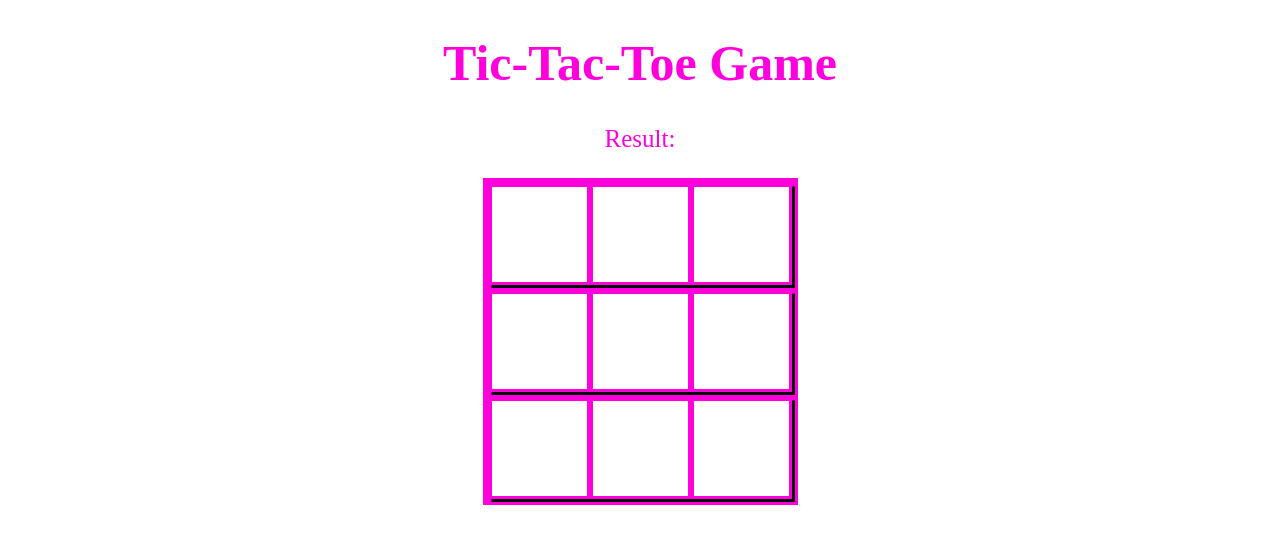
Repository: 0101chaitanya/Tic-Tac-Toe
Page: index.html
The author's editor kept a copy of each file at every save. The page is drawn from the files as they stood at one save, then again after the next save.
The browser window is 1280 px wide. The pictures show the whole page.

Above is the page before, as saved 2021-06-09 18:04:56.

### index.html
<!DOCTYPE html>
<html>
    <head>
<meta charset="utf-8">
<title>Tic-Tac-Toe Game</title>
<link rel="stylesheet" href="styles.css">
    </head>
<body>
    <h1 id="heading">Tic-Tac-Toe Game</h1>

    <div id = "Output">
        <p  >Result:</p>
    </div>
    <div id = "gameSquare">

    <div id = "row1">
    <div class = "r1Column"></div>
    <div class = "rlColumn"></div>
    <div class = "rlColumn"></div>
</div>
<div id = "row2">
    <div class = "r2Column"></div>
    <div class = "r2Column"></div>
    <div class = "r2Column"></div>
</div>
<div id = "row3">
    <div class = "r3Column"></div>
    <div class = "r3Column"></div>
    <div class = "r3Column"></div>
</div>
</div>
</body>
<script type="text/javascript" src="script.js"></script>
</html>

### styles.css
:root{
    text-align: center;
}
@media  screen and (max-width: 400px){
    :root{
        color:blue;
        font-size: 14px;
}

}
@media  screen and (min-width: 401px) and (max-width: 700px){
    :root{
        color:rgb(30, 255, 0);
        font-size: 18px;
}


}@media  screen and (min-width: 701px) {
    :root{
        color:rgb(255, 0, 221);
        font-size:25px;
}

}

#gameSquare{
    border-style: solid;
    width:min-content;
    height:min-content;
    display:block;
    margin:auto;
}
#gameSquare>div:nth-child(n){
    border-style: solid;
    width:min-content;
    height:min-content;
    display:flex;
    justify-content:center;
    align-items:center;
}
#gameSquare>div:nth-child(n)>div:nth-child(n){
    display:block;
    margin: auto;
    border-style: solid;
    width:3.8rem;
    height:3.8rem;
box-shadow: 0.11rem 0.11rem 0.01rem 0.01rem black;
}

### script.js
/* (function(){
let
})(); */

After the next save:
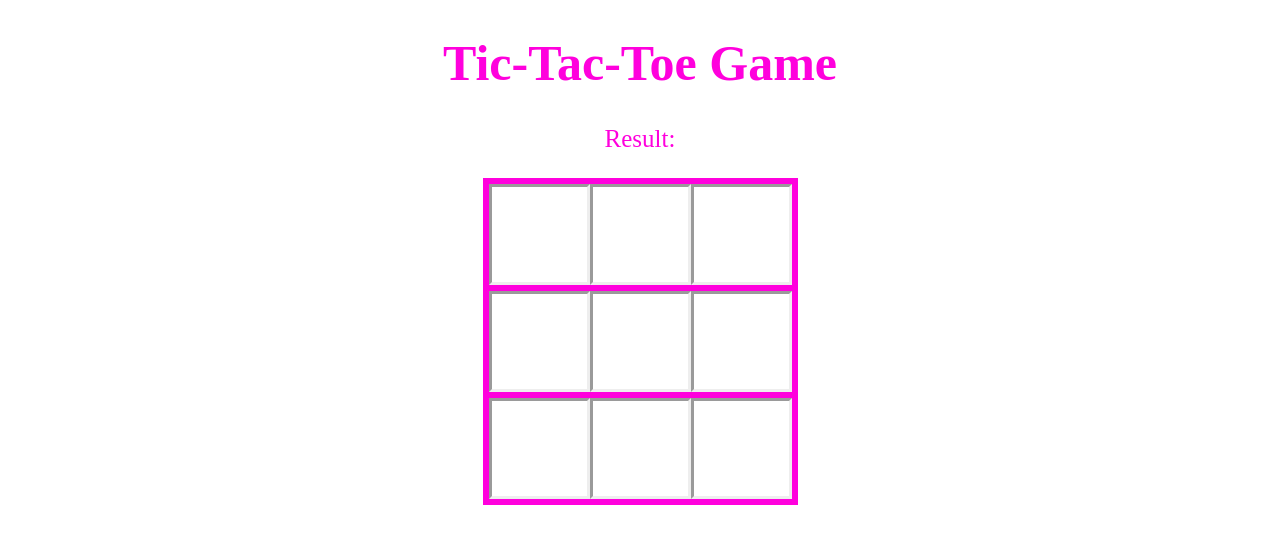
Saved 36 s later.
--- a/styles.css
+++ b/styles.css
@@ -44,5 +44,5 @@
     border-style: solid;
     width:3.8rem;
     height:3.8rem;
-box-shadow: 0.11rem 0.11rem 0.01rem 0.01rem black;
+border-style:inset;
 }
